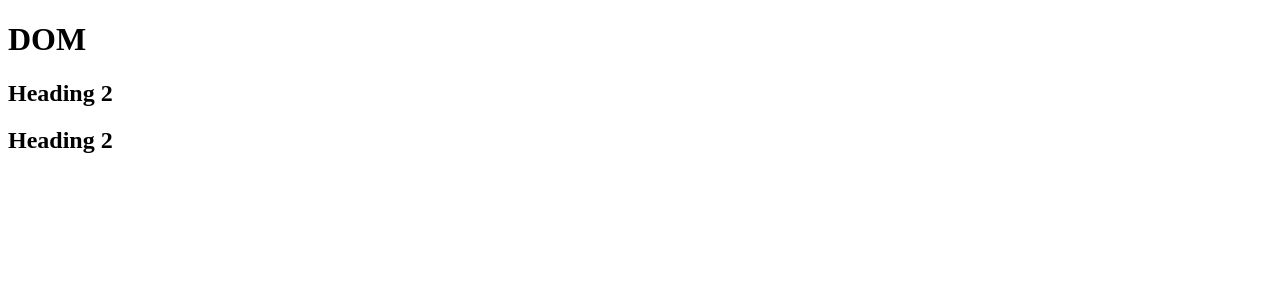
Repository: tannv3201/learn_JS_F8
Page: DOM/index.html
These files come from the project's save history. The page is drawn as it stood at one moment and after the next save; the edit follows.
The browser window is 1280 px wide. The pictures show the whole page.

Above is the page before, as saved 2022-08-06 21:03:31.

After the next save:
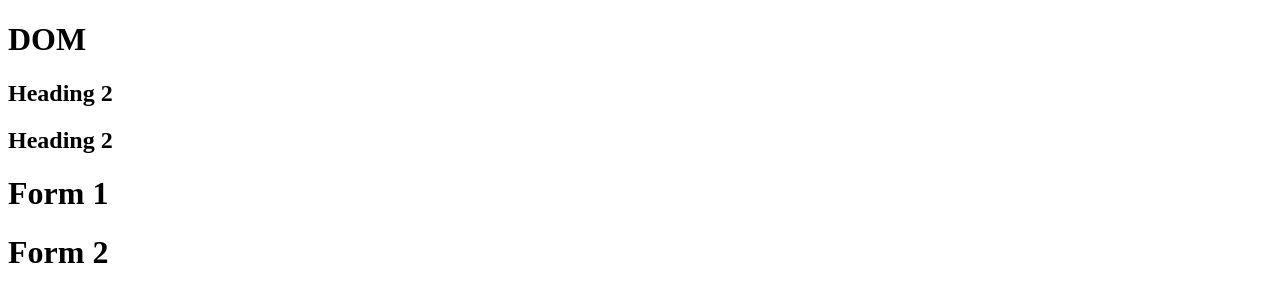
Saved 26 s later.
--- a/DOM/index.html
+++ b/DOM/index.html
@@ -20,8 +20,12 @@
     <h2 class="heading-2">Heading 2</h2>
   </div>
 
-  <form action="" id="form-1"></form>
-  <form action="" id="form-2"></form>
+  <form action="" id="form-1">
+    <h1>Form 1</h1>
+  </form>
+  <form action="" id="form-2">
+    <h1>Form 2</h1>
+  </form>
 
   <script src="./main.js"></script>
 </body>
